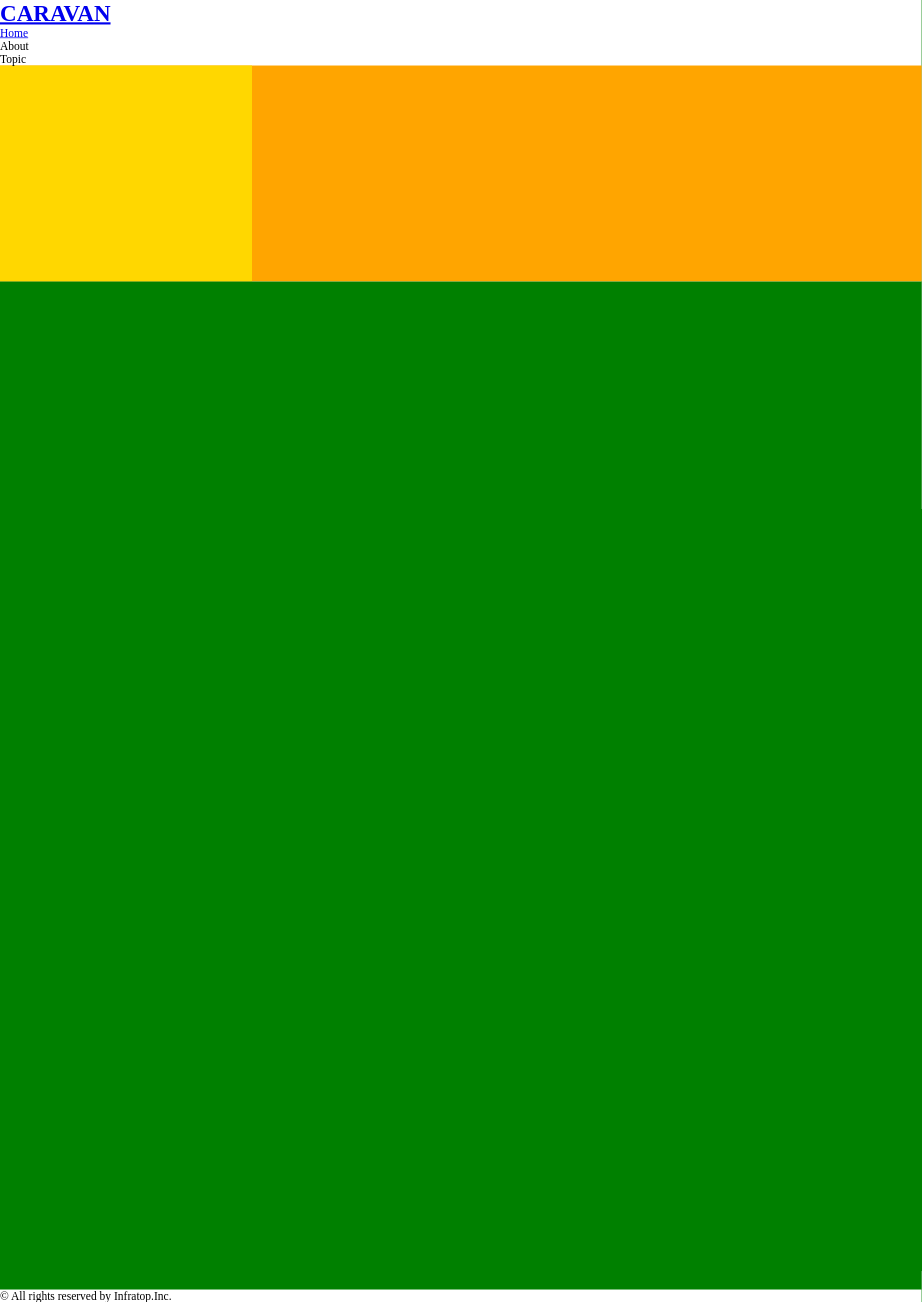
Repository: Nao002/practice
Page: caravan/index.html
The author's editor kept a record of every edit. The page is drawn from the files as they stood at one moment, then again after the next edit.
The browser window is 1280 px wide. The pictures show the whole page, at 72% of full size.

Above is the page before.

### caravan/index.html
<!DOCTYPE html>
<html lang="ja">
  <head>
    <meta charset="UTF-8" />
    <!-- CSSファイルの読み込み -->
    <link rel="stylesheet" href="style.css" />
    <title>CARAVAN</title>
  </head>

  <body>
    <!-- header -->
    <header>
      <h1 class="heading">
        <a href="index.html">
          CARAVAN
        </a>
      </h1>
    </header>

     <!-- navigation -->
    <nav>
      <ul class="nav-list">
        <li class="nav-list-item">
          <a href="index.html">Home</a>
        </li>
        <li class="nav-list-item">About</li>
        <li class="nav-list-item">Topic</li>
      </ul>
    </nav>

    <!-- main-visual用のdiv -->
    <div class="main-visual">
      <div class="main-visual-content"></div>
    </div>

    <!-- main用のdiv -->
    <div class="main">
      <div class="blog"></div>
      <div class="sidebar"></div>
    </div>

    <!-- footer -->
    <footer>
      <p class="footer-text">© All rights reserved by Infratop.Inc.</p>
    </footer>

  </body>
</html>

### caravan/style.css
/* ブラウザがそれぞれ持っているCSSをリセットするための記述 */
* {
  margin: 0;
  padding: 0;
  box-sizing: border-box;
}

.header {
  width: 100%; /* 横幅いっぱい */
  height: 120px; /* 高さ120px */
  background-color: red; /* 背景色red */
}

.header-top {
  width: 100%; /* 横幅いっぱい */
  height: 70px; /* 高さ100px */
  background-color: hotpink; /* 背景色hotpink */
}

.header-bottom {
  width: 100%; /* 横幅いっぱい */
  height: 50px; /* 高さ100px */
  background-color: pink; /* 背景色pink */
}

.main-visual {
  width: 100%; /* 横幅いっぱい */
  height: 300px; /* 高さ300px */
  background-color: orange; /* 背景色orange */
}

.main-visual-content {
  width: 350px; /* 横幅350px */
  height: 300px; /* 親の高さに揃える */
  background-color: gold; /* 背景色gold */
}

.main {
  width: 100%; /* 横幅いっぱい */
  height: 1400px; /* 高さ1400px（多めに設定） */
  background-color: green; /* 背景色green */
}

.footer {
  width: 100%; /* 横幅いっぱい */
  height: 120px; /* 高さ120px */
  background-color: blue; /* 背景色blue */
}

After the next edit:
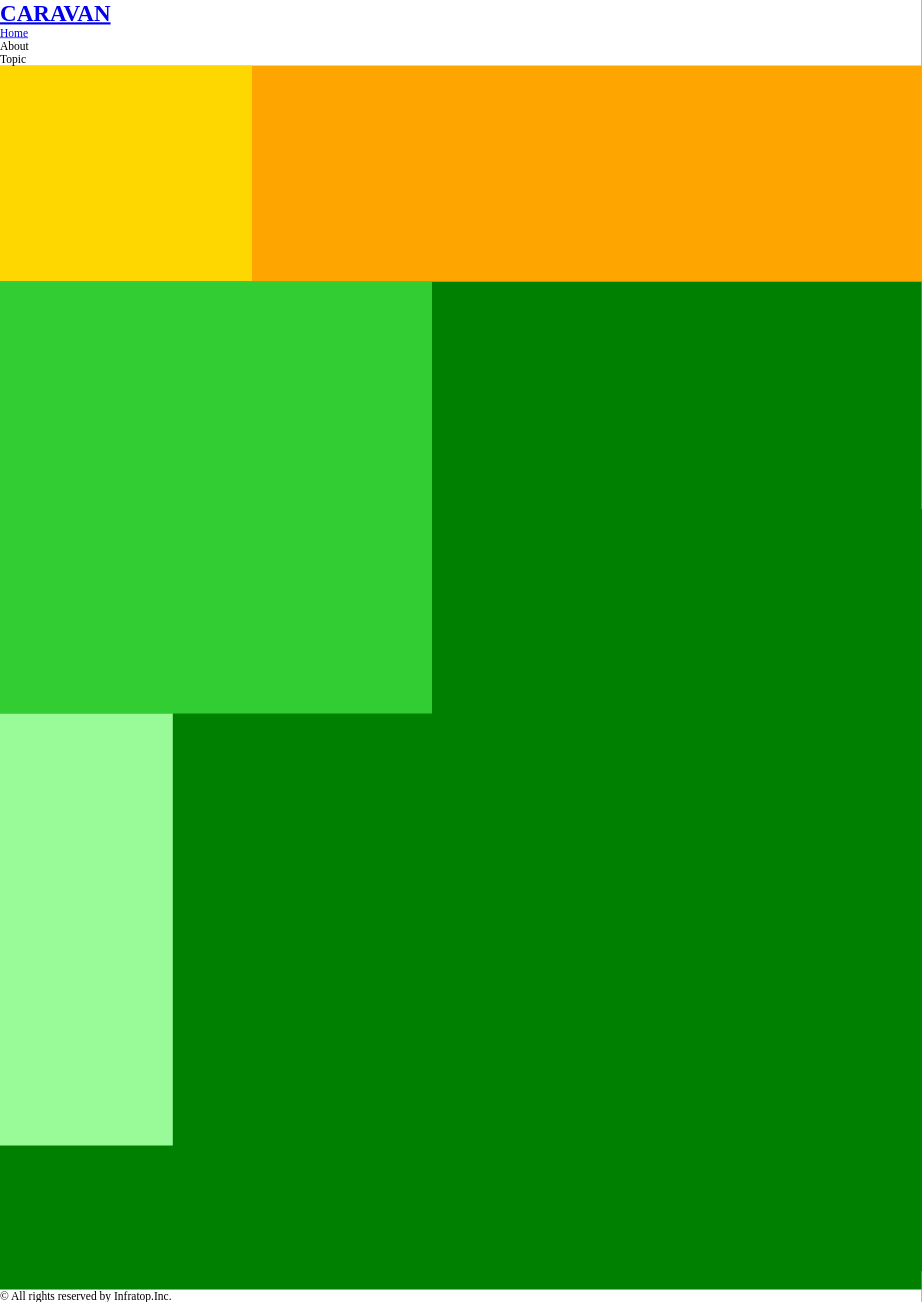
The edit:
--- a/caravan/style.css
+++ b/caravan/style.css
@@ -41,6 +41,18 @@
   background-color: green; /* 背景色green */
 }
 
+.blog {
+  width: 600px; /* 横幅600px */
+  height: 600px; /* 高さ600px */
+  background-color: limegreen; /* 背景色limegreen */
+}
+
+.sidebar {
+  width: 240px; /* 横幅240px */
+  height: 600px; /* 高さ600px */
+  background-color: palegreen; /* 背景色palegreen */
+}
+
 .footer {
   width: 100%; /* 横幅いっぱい */
   height: 120px; /* 高さ120px */
